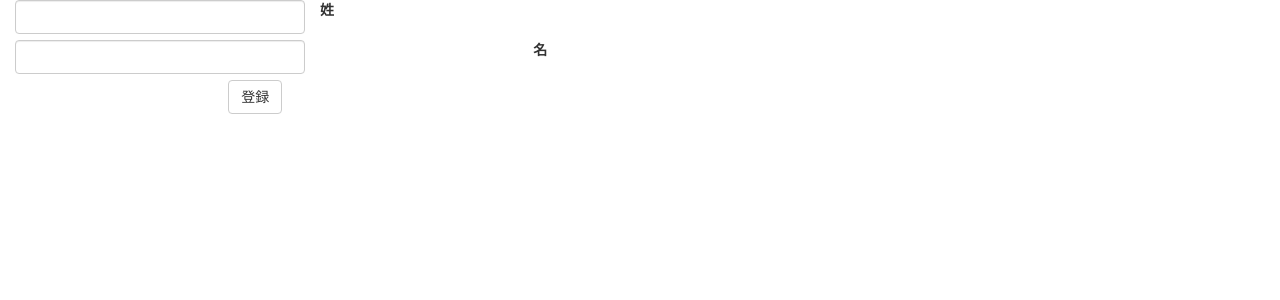
Repository: erinakatagiri/gomi
Page: bootstrap_lesson.html
The author's editor kept a record of every edit. The page is drawn from the files as they stood at one moment, then again after the next edit.
The browser window is 1280 px wide. The pictures show the whole page.

Above is the page before.

### bootstrap_lesson.html
<!DOCTYPE html>
<html>
    <head>
        <meta charset="utf-8">
        <meta http-equiv="X-UA-Compatible" content="IE=edge">
        <meta name="viewport" content="width=device-width, initial-scale=1">

        <title>Grid System Test</title>

        <!-- Bootstrap CSS-->
        <link rel="stylesheet" href="https://maxcdn.bootstrapcdn.com/bootstrap/3.3.7/css/bootstrap.min.css">
        <!-- jQuery -->
        <script src="https://ajax.googleapis.com/ajax/libs/jquery/1.12.4/jquery.min.js"></script>
        <!-- Bootstrap JavaScript-->
        <script src="https://maxcdn.bootstrapcdn.com/bootstrap/3.3.7/js/bootstrap.min.js"></script>

        <style>
            .row div {
                border: 1px solid #000;
                padding: 1em;
                text-align: center;
                background-color: #dedede;
            }

        </style>

    </head>
    <body>
       <form class=horizontal>
  <!-- "form-group" expresses a row -->
  <div class="form-group">
    <label class="col-2 control-label">姓</label>
    <div class="col-xs-3">
      <input type="text" class="form-control"  name="lastname">
    </div>
  </div>

  <!-- row -->
  <div class="form-group">
    <label class="col-xs-offset-2 control-label">名</label>
    <div class="col-xs-3">
      <input type="text" class="form-control"  name="
      firstname">
    </div>
  </div>

  <!-- row -->
  <div class="form-group">
    <div class="col-xs-offset-2 col-sm-10">
      <button type="submit" class="btn btn-default">登録</button>
    </div>
  </div>
</form>
    </div>
        </div>
    </body>
</html>

After the next edit:
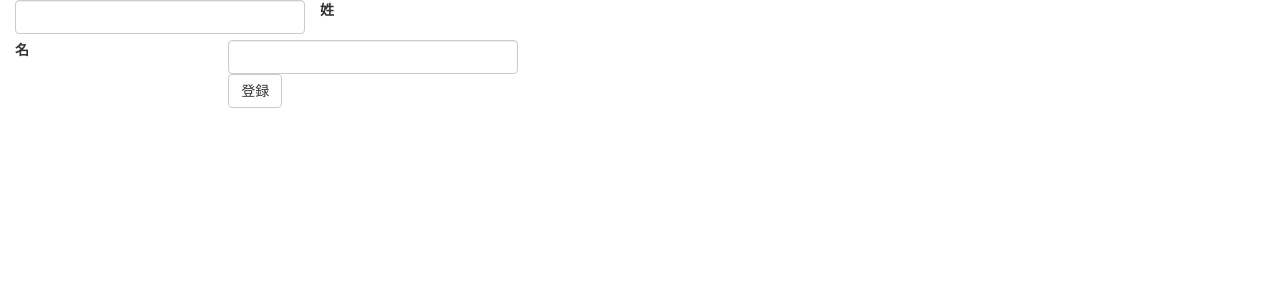
The edit:
--- a/bootstrap_lesson.html
+++ b/bootstrap_lesson.html
@@ -37,7 +37,7 @@
 
   <!-- row -->
   <div class="form-group">
-    <label class="col-xs-offset-2 control-label">名</label>
+    <label class="col-xs-2 control-label">名</label>
     <div class="col-xs-3">
       <input type="text" class="form-control"  name="
       firstname">
